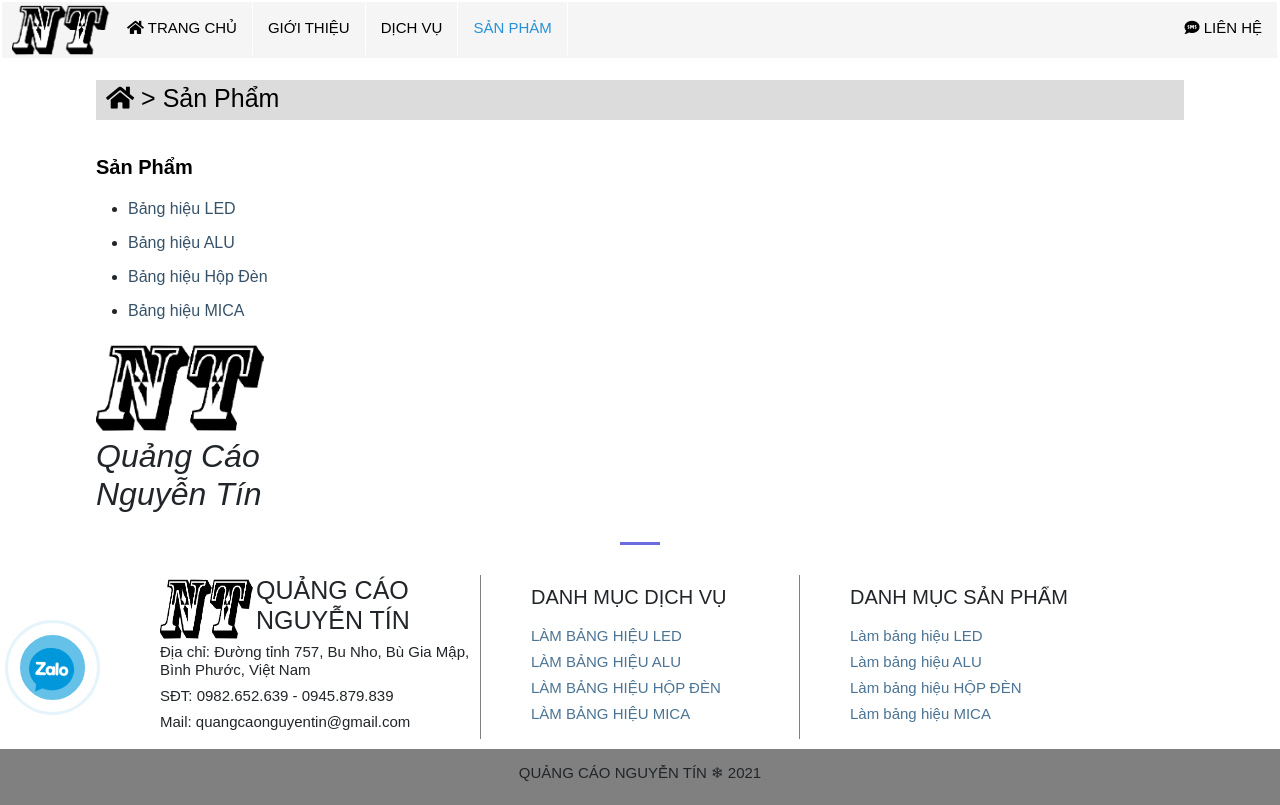
Repository: Haunguyen42193/quangcaonguyentin.github.io
Page: product.html
An editor plug-in stored every save of this project. The page is shown before and after the next save, followed by the edit.
The browser window is 1280 px wide. The pictures show the whole page.
Some web fonts or font styles are not loaded; a fallback is used. Some web libraries are served in a nearby version.

Above is the page before, as saved 2021-10-13 16:31:09.
Console error: ReferenceError: init is not defined

After the next save:
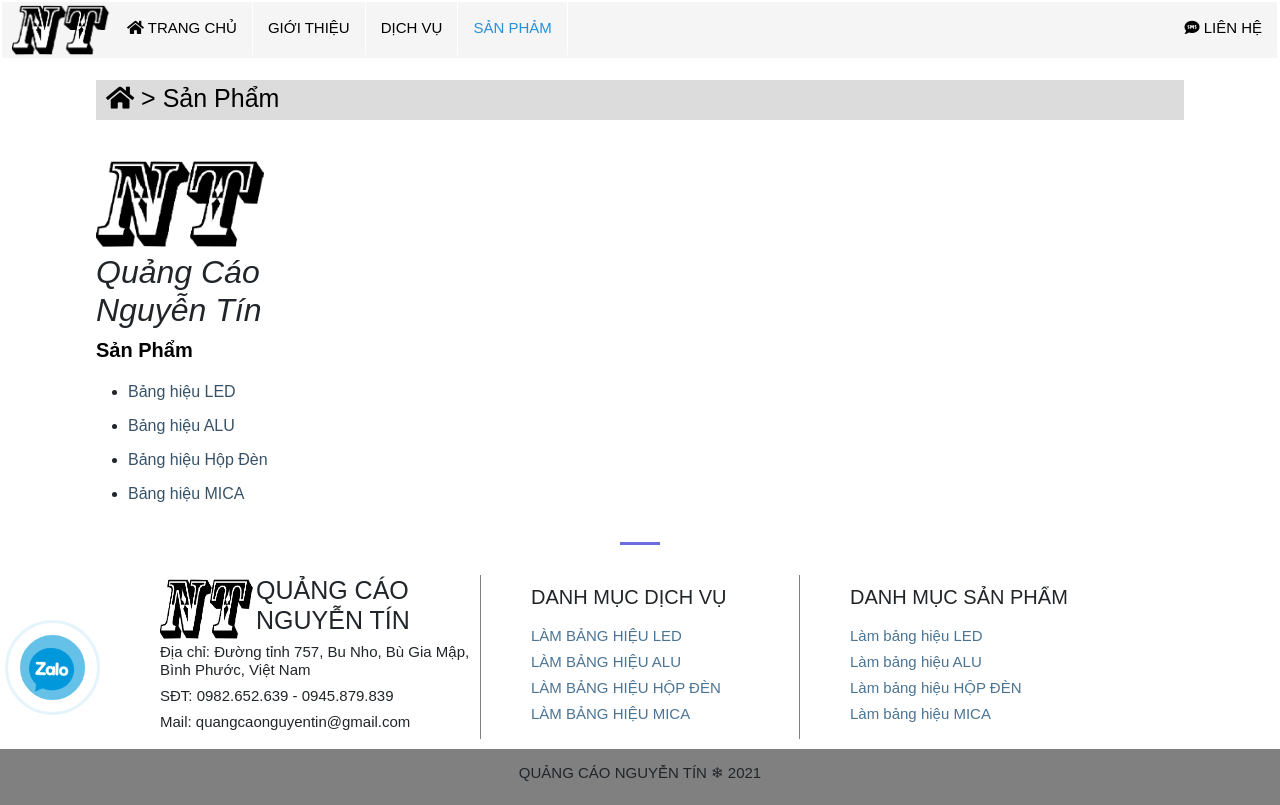
Saved 73 s later.
--- a/product.html
+++ b/product.html
@@ -88,6 +88,8 @@
     <!--product-->
     <section class="product">
         <div class="product-menu">
+            <img src="images/logo2.png" alt="image"/>
+            <h2><i>Quảng Cáo Nguyễn Tín</i></h2>
             <h5><strong>Sản Phẩm</strong></h5>
             <ul>
                 <li><a href="">Bảng hiệu LED</a></li>
@@ -95,8 +97,7 @@
                 <li><a href="">Bảng hiệu Hộp Đèn</a></li>
                 <li><a href="">Bảng hiệu MICA</a></li>
             </ul>
-            <img src="images/logo2.png" alt="image"/>
-            <h2><i>Quảng Cáo Nguyễn Tín</i></h2>
+
         </div>
     </section>
     <div class="line"></div>

After the save that followed:
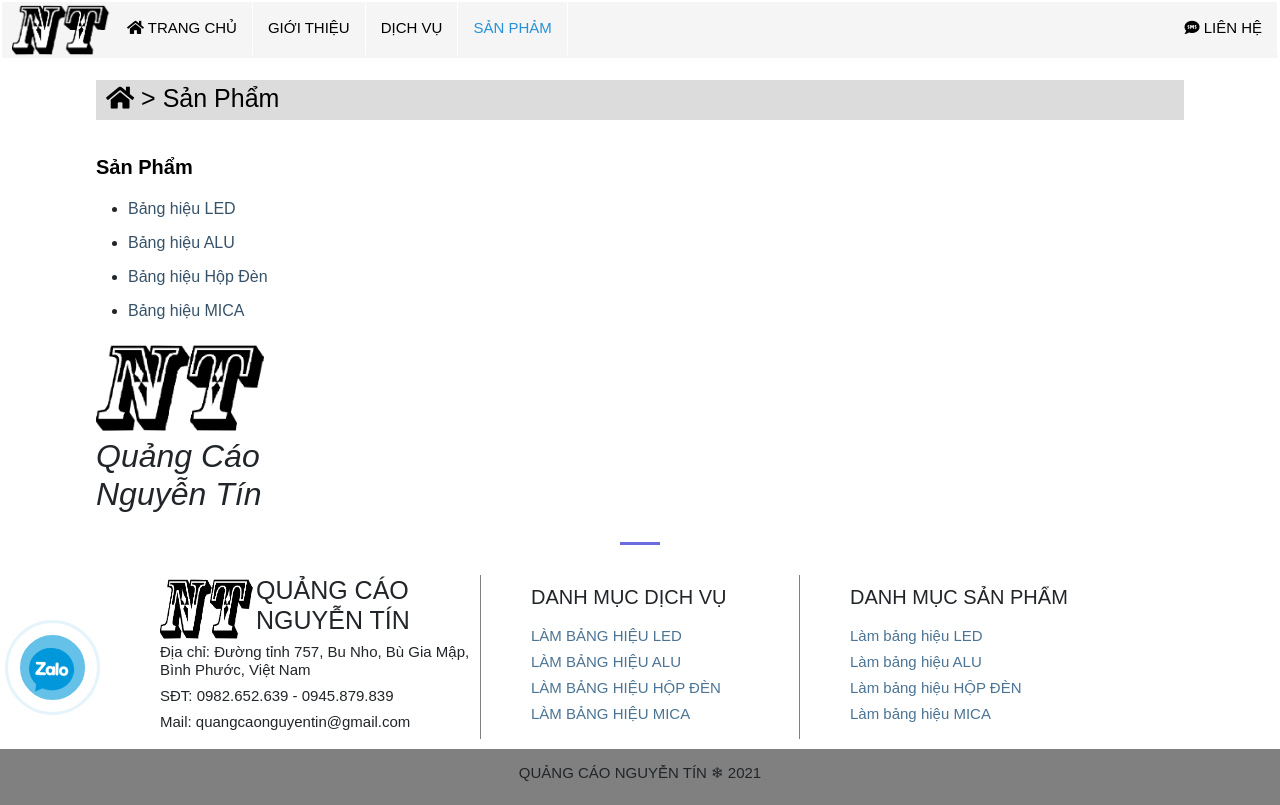
Saved 18 s later.
--- a/product.html
+++ b/product.html
@@ -88,8 +88,6 @@
     <!--product-->
     <section class="product">
         <div class="product-menu">
-            <img src="images/logo2.png" alt="image"/>
-            <h2><i>Quảng Cáo Nguyễn Tín</i></h2>
             <h5><strong>Sản Phẩm</strong></h5>
             <ul>
                 <li><a href="">Bảng hiệu LED</a></li>
@@ -97,7 +95,8 @@
                 <li><a href="">Bảng hiệu Hộp Đèn</a></li>
                 <li><a href="">Bảng hiệu MICA</a></li>
             </ul>
-
+            <img src="images/logo2.png" alt="image"/>
+            <h2><i>Quảng Cáo Nguyễn Tín</i></h2>
         </div>
     </section>
     <div class="line"></div>
